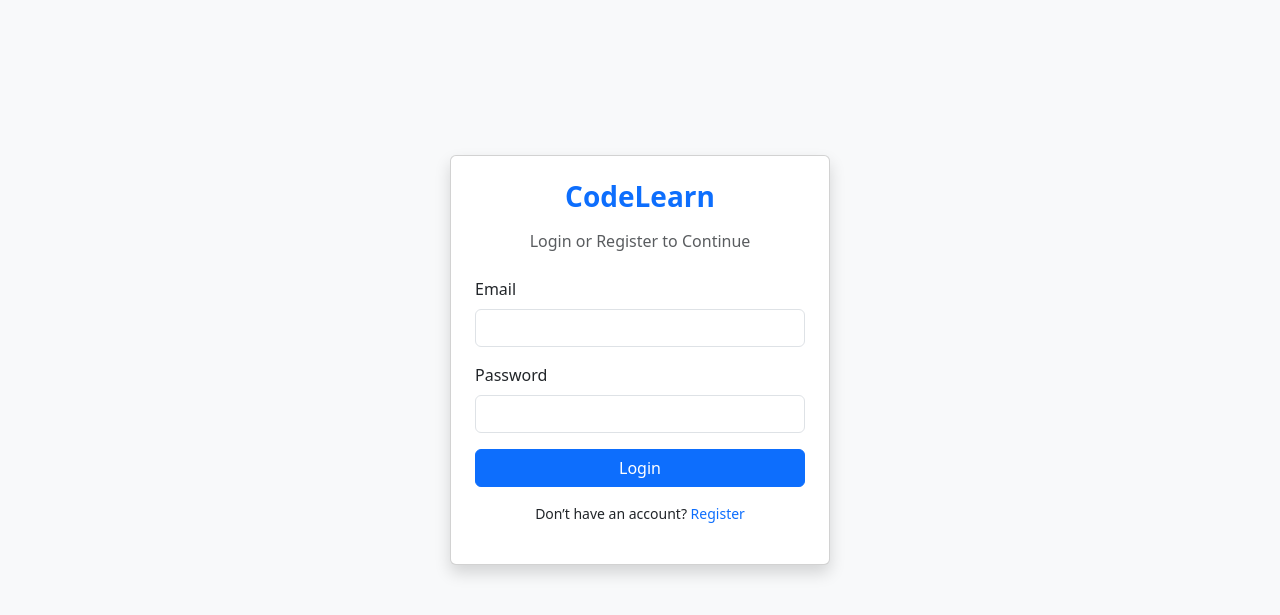
Repository: Aditisoni26/codeLearn
Page: index.html
These files come from the project's save history. The page is drawn as it stood at one moment and after the next save; the edit follows.
The browser window is 1280 px wide. The pictures show the whole page.

Above is the page before, as saved 2025-10-27 18:35:19.

After the next save:
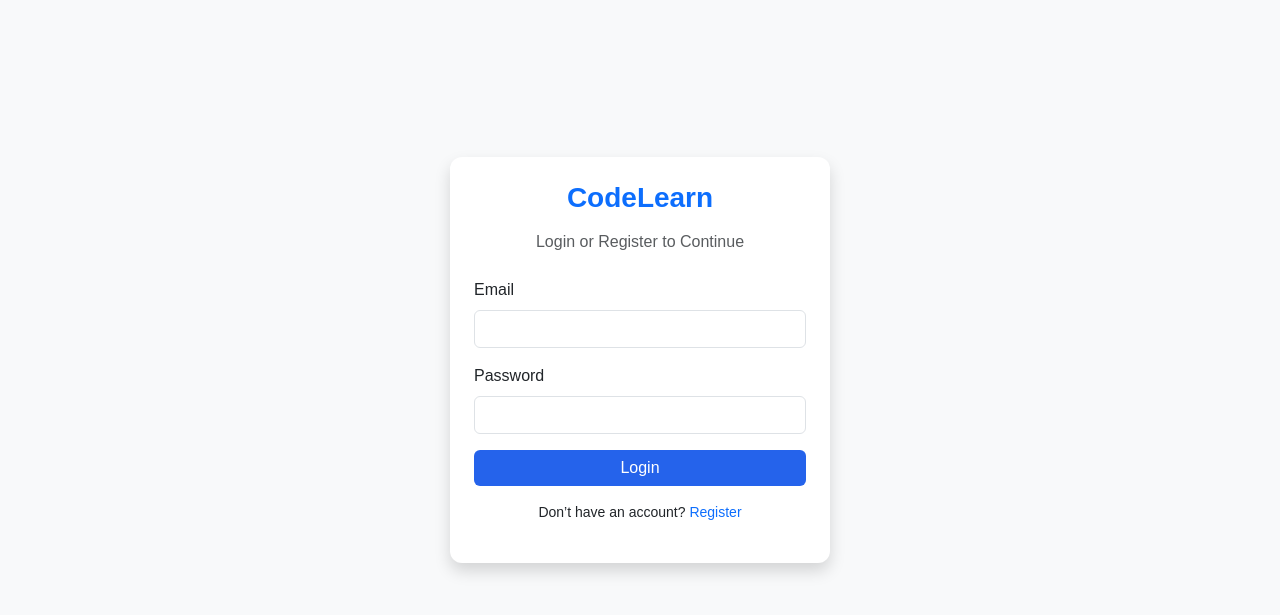
Saved 11 s later.
--- a/style.css
+++ b/style.css
@@ -4,3 +4,19 @@
 .roadmap li:hover, .resources li:hover {
   background-color: #f0f8ff;
 }
+body {
+  font-family: "Poppins", sans-serif;
+}
+
+.card {
+  border: none;
+  border-radius: 12px;
+}
+
+.btn-primary {
+  background-color: #2563eb;
+  border: none;
+}
+.btn-primary:hover {
+  background-color: #1d4ed8;
+}
